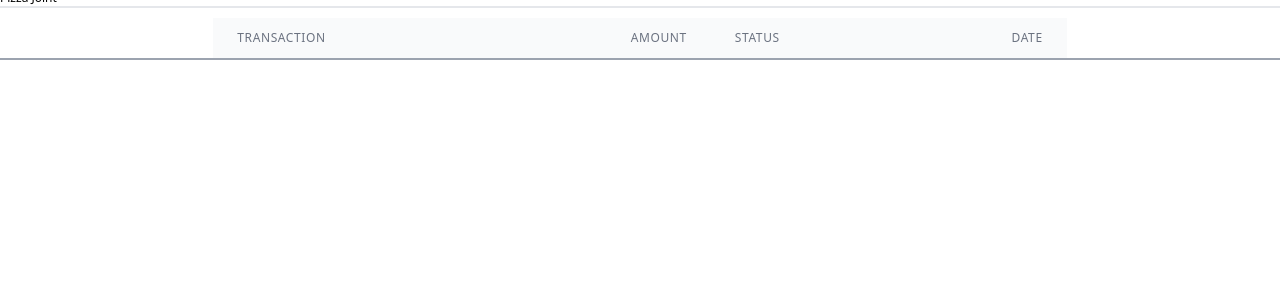
Repository: Marlstergo/listings
Page: / (app in client/)
The author's editor kept a copy of each file at every save. The page is drawn from the files as they stood at one save, then again after the next save.
The browser window is 1280 px wide. The pictures show the whole page.
The project was rebuilt for these pictures with package versions that can differ from the ones it lists, and the page was loaded fresh each time. Also part of the build but not shown: client/craco.config.js, client/src/components/Loader.js, client/src/components/Order.js, client/src/components/Modal.js. Imported but missing from the stored project, and not drawn on this page: client/src/components/Base, client/src/components/Toppings.

Above is the page before, as saved 2021-07-20 21:46:13.

### client/src/index.js
/* eslint-disable no-unused-vars */
import React from "react";
import ReactDOM from "react-dom";
import "./index.css";
import App from "./App";
import reportWebVitals from "./reportWebVitals";
import { BrowserRouter } from "react-router-dom";
import { Provider } from "react-redux";
import { store } from "./redux/store";
import { PersistGate } from "redux-persist/integration/react";
import { persistor } from "./redux/store";

ReactDOM.render(
  <React.StrictMode>
    <Provider store={store}>
      <BrowserRouter>
        <PersistGate persistor={persistor}>
          <App />
        </PersistGate>
      </BrowserRouter>
    </Provider>
  </React.StrictMode>,
  document.getElementById("root")
);

// If you want to start measuring performance in your app, pass a function
// to log results (for example: reportWebVitals(console.log))
// or send to an analytics endpoint. Learn more: https://bit.ly/CRA-vitals
reportWebVitals();

### client/src/App.js
import React, { useState } from 'react';
import { Route, Switch, useLocation } from "react-router-dom";
import Header from './components/Header';
import Home from './components/Home';
import Base from './components/Base';
import Toppings from './components/Toppings';
import Order from './components/Order';
import Modal from './components/Modal';
import { AnimatePresence } from 'framer-motion';

function App() {
  const location = useLocation();
  const showModal = true;

  return (
    <>
      <Header />
      {/* <Modal showModal={showModal} /> */}
      <AnimatePresence exitBeforeEnter>
        <Switch location={location} key={location.key}>
          <Route path="/">
            <Home />
          </Route>
          <Route path="/createUpdateUser">
            <Toppings />
          </Route>
          <Route path="/order">
            <Order />
          </Route>
          <Route path="/">
            <Home />
          </Route>
        </Switch>
      </AnimatePresence>

    </>
  );
}

export default App;

### client/src/redux/store.js
import { createStore, applyMiddleware } from "redux";
import { logger } from 'redux-logger';
import {persistStore} from 'redux-persist';
// import thunk from 'redux-thunk'
import createSagaMiddleware from 'redux-saga'

import rootSaga from './root-sagas'

import rootReducer from './root-reducer';

const sagaMiddleware = createSagaMiddleware()

const middleware = [sagaMiddleware];

if( process.env.NODE_ENV === 'development'){
    middleware.push(logger)
}

export const store = createStore(rootReducer, applyMiddleware(...middleware))

sagaMiddleware.run(rootSaga)

export const persistor = persistStore(store)

export default (store, persistor);

### client/src/components/Header.js
import React from 'react';
import { motion } from 'framer-motion';

const svgVariants = {
  hidden: { rotate: -180 },
  visible: {
    rotate: 0,
    transition: { duration : 1 }
  },
}

const pathVariants = {
  hidden: {
    opacity: 0,
    pathLength: 0,
  },
  visible: {
    opacity: 1,
    pathLength: 1,
    transition: {
      duration: 2,
      ease: "easeInOut",
    }
  }
};


const Header = () => {
  return (
    <header className='flex p-[40px] items-center'>
      <motion.div className="logo"
        drag
        dragConstraints={{ left: 0, top: 0, right: 0, bottom: 0 }}
        dragElastic={0.7}
      >
        <motion.svg className="w-[80px] overflow-visible" xmlns="http://www.w3.org/2000/svg" viewBox="0 0 100 100"
          variants={svgVariants}
          initial="hidden"
          animate="visible"
        >
          <motion.path
            fill="none"
            d="M40 40 L80 40 C80 40 80 80 40 80 C40 80 0 80 0 40 C0 40 0 0 40 0Z"
            variants={pathVariants}
          />
          <motion.path
            fill="none"
            d="M50 30 L50 -10 C50 -10 90 -10 90 30 Z"
            variants={pathVariants}
          />
        </motion.svg>
      </motion.div>
      <motion.div className=" flex-grow ml-[20px] text-xs"
        initial={{ y: -250}}
        animate={{ y: -10 }}
        transition={{ delay: 0.2, type: 'spring', stiffness: 120 }}
      >
        <h1 className="border-b-2 pb-[10px]">Pizza Joint</h1>
      </motion.div>
    </header>
  )
}

export default Header;

### client/src/components/Home.js
import React from "react";
import { Link } from "react-router-dom";
import { motion } from "framer-motion";
import Loader from "./Loader";

const buttonVariants = {
  hover: {
    scale: 1.1,
    textShadow: "0px 0px 8px rgb(255,255,255)",
    boxShadow: "0px 0px 8px rgb(255,255,255)",
    transition: {
      duration: 0.3,
      yoyo: 5,
    },
  },
};

const containerVariants = {
  hidden: {
    opacity: 0,
  },
  visible: {
    opacity: 1,
    transition: { delay: 1.5, duration: 1.5 },
  },
  exit: {
    x: "-100vh",
    transition: { ease: "easeInOut" },
  },
};

const Home = () => {
  return (
    <motion.div
      className="  pb-[10px] mb-[10px] border-b-2 border-gray-400 flex flex-col items-center"
      variants={containerVariants}
      initial="hidden"
      animate="visible"
      exit="exit"
    >
      <div className="w-2/3 ">
        <table className="min-w-full divide-y divide-gray-200">
          <thead>
            <tr>
              <th className="px-6 py-3 bg-gray-50 text-left text-xs font-medium text-gray-500 uppercase tracking-wider">
                Transaction
              </th>
              <th className="px-6 py-3 bg-gray-50 text-right text-xs font-medium text-gray-500 uppercase tracking-wider">
                Amount
              </th>
              <th className="hidden px-6 py-3 bg-gray-50 text-left text-xs font-medium text-gray-500 uppercase tracking-wider md:block">
                Status
              </th>
              <th className="px-6 py-3 bg-gray-50 text-right text-xs font-medium text-gray-500 uppercase tracking-wider">
                Date
              </th>
            </tr>
          </thead>
        </table>
      </div>
    </motion.div>
  );
};

export default Home;

### client/src/redux/root-sagas.js
import {all, call} from 'redux-saga/effects'
import {userSagas} from './user/user.sagas'


export default function* rootSaga(){
    yield all([
        call(userSagas),
    ])
}

### client/src/redux/root-reducer.js
import {combineReducers} from 'redux'
import userReducer from './user/user.reducer'
// import cartReducer from './cart/cart.reducer'
import {persistReducer} from 'redux-persist'
import storage from 'redux-persist/lib/storage'
// import directoryReducer from './directory/directory.reducer'
// import shopReducer from './shop/shop.reducer'

const persistConfig ={
    key: 'root',
    storage,
    whitelist: ['' ]
}
const rootReducer = combineReducers({
    user: userReducer,

})
export default persistReducer(persistConfig, rootReducer)

### client/src/redux/user/user.sagas.js
import { all, call, put, takeLatest } from "redux-saga/effects";

import UserActionTypes from "./user.types";
import { loadUserDetail } from "./user.action";
// import axios from "axios";
// import { getUserDetailsURL } from "../../components/stringConstants";

export function* getDetails() {
  yield console.log("i fired");

  // try {
  //   console.log("inside try");

  //   const res = yield axios.get(getUserDetailsURL);
  //   const data = yield res.data;
  //   console.log(res);
  //   yield put(loadUserDetail(data ? data.data[0] : {}));
  // } catch (err) {
  //   console.log(err.response);
  //   if (err.response && err.response.statusText === "Not Found") {
  //     // console.log("");
  //     window.location.href = "/profile/settings?newUser=0837";
  //   }
  // }
}

export function* getUserDetails() {
  yield takeLatest(UserActionTypes.GET_USER_DETAIL, getDetails);
}
// export function* loadUserDetails(){
//     yield takeLatest(UserActionTypes.LOAD_USER_DETAIL, loadDetails)
// }

export function* userSagas() {
  yield all([call(getUserDetails)]);
}

### client/src/redux/user/user.reducer.js
import UserActionTypes from "./user.types";
const INITIAL_STATE = {
  // currentUser: null,
  userDetail: {},
  demo: 'i am demo',
  location: null

};
const userReducer = (state = INITIAL_STATE, action) => {
  switch (action.type) {

    case UserActionTypes.LOAD_USER_DETAIL:
      return {
        ...state,
        userDetail: action.payload,
      };

    case UserActionTypes.COLLECT_GEOLOCATION:
      return {
        ...state,
        location: action.payload
      }
    default:
      return state;
  }
};

export default userReducer;

### client/src/redux/user/user.types.js
const UserActionTypes ={
    GOOGLE_SIGN_IN_START : 'GOOGLE_SIGN_IN_START',
    SIGN_IN_SUCCESS : 'SIGN_IN_SUCCESS',
    SIGN_IN_FAILURE : 'SIGN_IN_FAILURE',
    GET_USER_DETAIL: 'GET_USER_DETAIL',
    LOAD_USER_DETAIL: 'LOAD_USER_DETAIL',
    COLLECT_GEOLOCATION: 'COLLECT_GEOLOCATION',
    FETCH_GEOLOCATION: 'FETCH_GEOLOCATION'
}
export default UserActionTypes;

### client/src/redux/user/user.action.js
import UserActionTypes from './user.types'



// export const googleSignInStart = () => ({
//     type: UserActionTypes.GOOGLE_SIGN_IN_START
// })

// export const signInSuccess = (user) => ({
//     type: UserActionTypes.SIGN_IN_SUCCESS,
//     payload: user
// })

export const getUserDetail = () => ({
    type: UserActionTypes.GET_USER_DETAIL,

})
export const loadUserDetail = (details) => ({
    type: UserActionTypes.LOAD_USER_DETAIL,
    payload: details
})

export const fetchGeoloction = () => ({
    type: UserActionTypes.FETCH_GEOLOCATION
})
export const collectGeolocation = (location) => ({
    type: UserActionTypes.COLLECT_GEOLOCATION,
    payload: location
})
// })

### client/tailwind.config.js
  // tailwind.config.js
  module.exports = {
    // purge: [],
    purge: ['./src/**/*.{js,jsx,ts,tsx}', './public/index.html'],
     darkMode: false, // or 'media' or 'class'
     theme: {
       extend: {},
     },
     variants: {
       extend: {},
     },
     plugins: [],
   }

Loaded but not shown: client/public/index.html (common file); client/src/index.css (common file); client/src/reportWebVitals.js (common file)

After the next save:
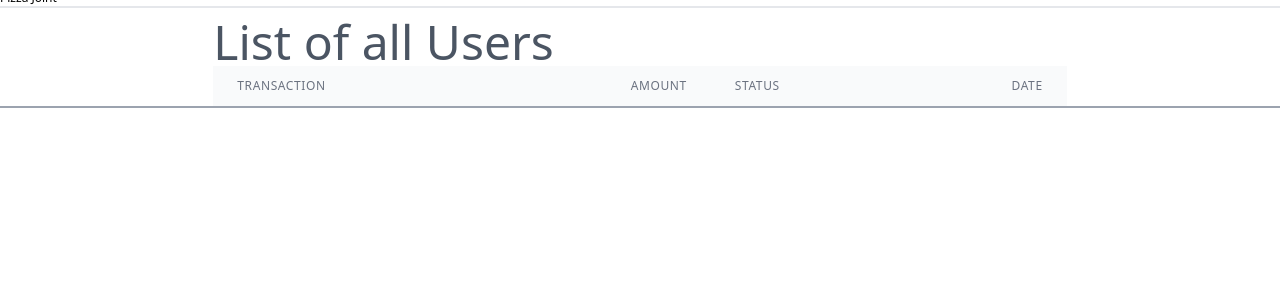
Saved 2 min 23 s later.
--- a/client/src/components/Home.js
+++ b/client/src/components/Home.js
@@ -39,6 +39,7 @@ const Home = () => {
       exit="exit"
     >
       <div className="w-2/3 ">
+        <h2 className="text-5xl text-gray-600">List of all Users</h2>
         <table className="min-w-full divide-y divide-gray-200">
           <thead>
             <tr>
